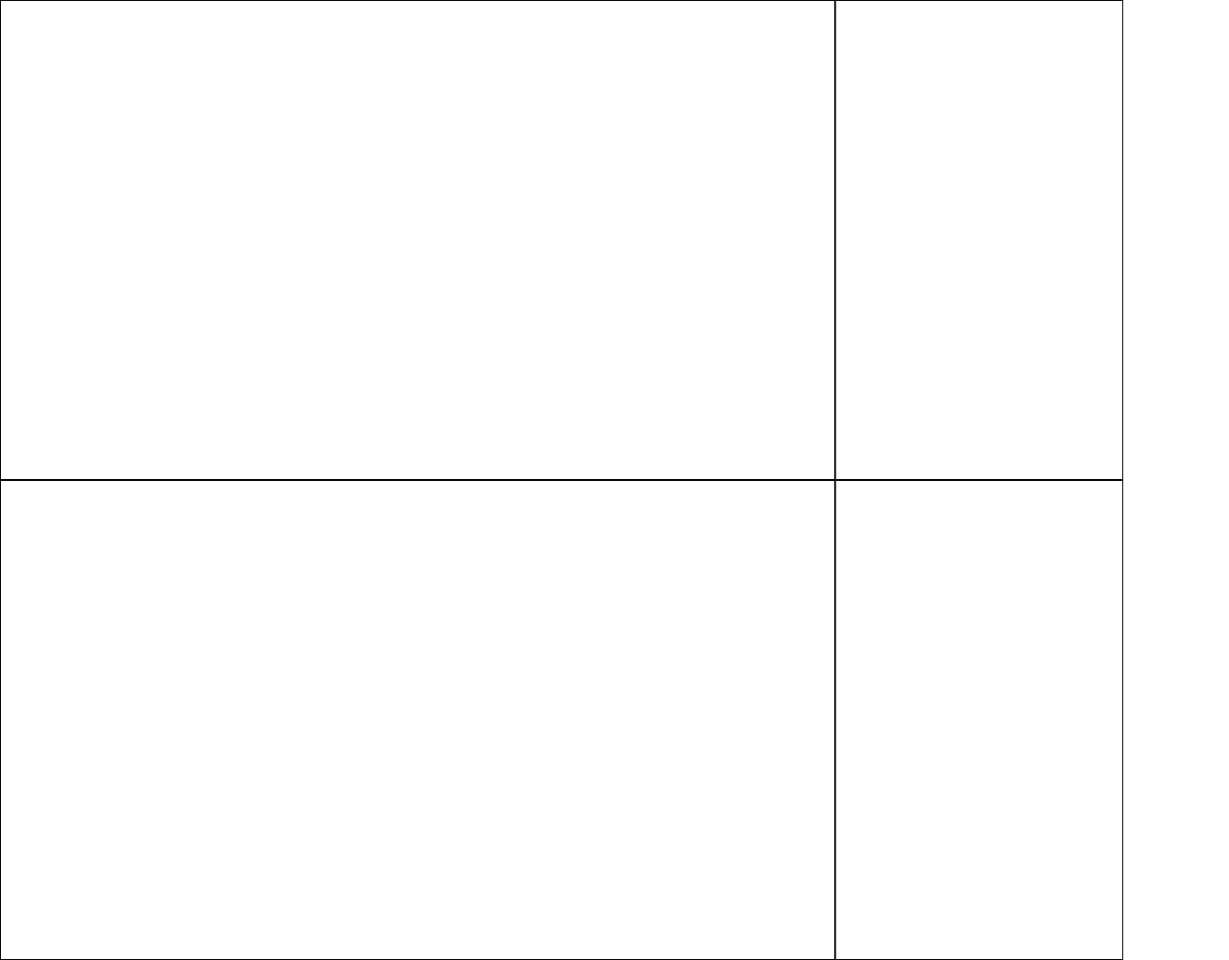
Repository: JavaJin96/kr.or.ddit.HighJava
Page: http://localhost/TeamProjectDCUM/main/mainshow.jsp
These files come from the project's save history. The page is drawn as it stood at one moment and after the next save; the edit follows.
The browser window is 1280 px wide. The pictures show the whole page, at 96% of full size.
The page is served by Tomcat 9.

Above is the page before, as saved 2022-02-15 12:34:26.

After the next save:
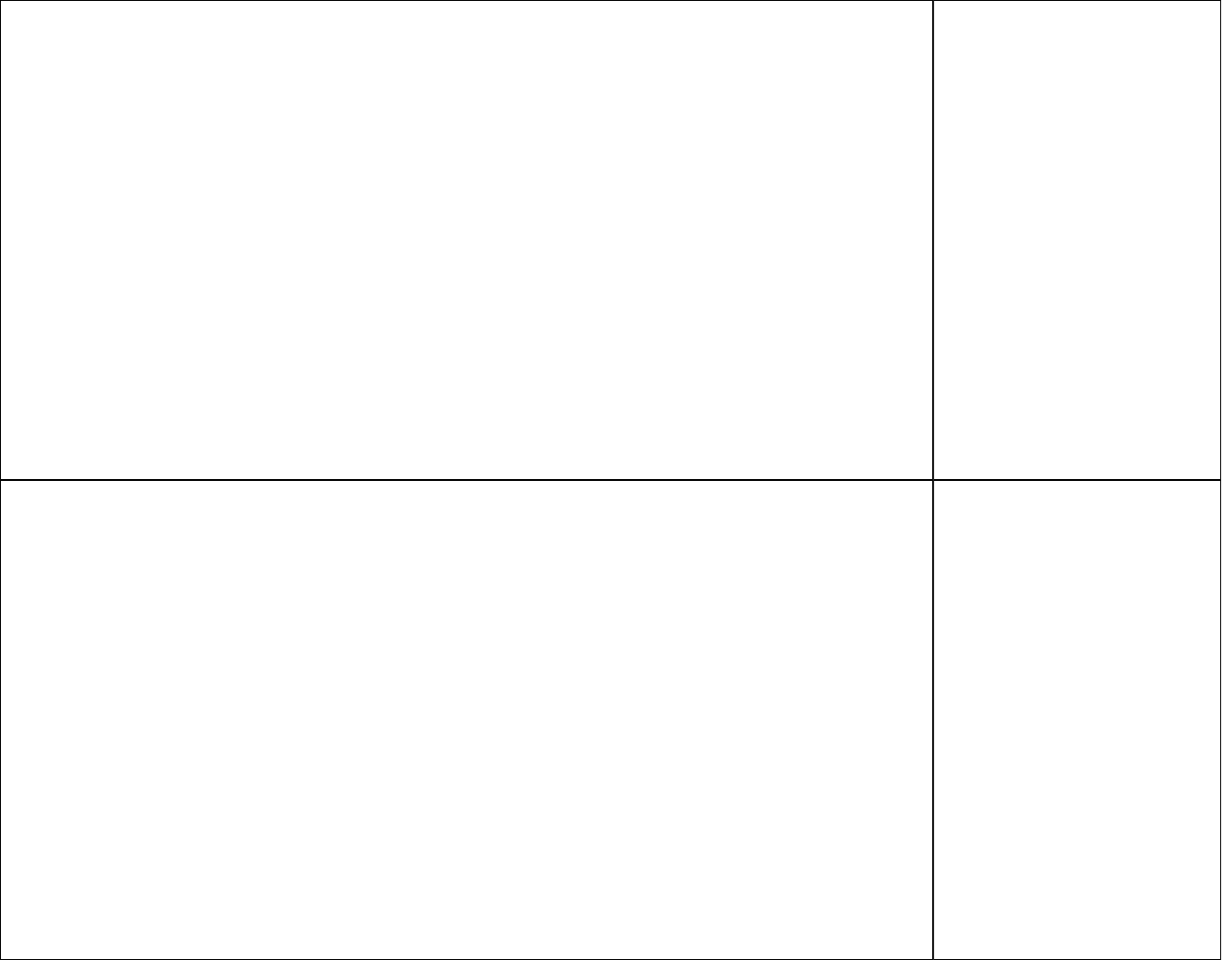
Saved 5 s later.
--- a/3.Highjava/workspace/TeamProjectDCUM/WebContent/main/mainshow.jsp
+++ b/3.Highjava/workspace/TeamProjectDCUM/WebContent/main/mainshow.jsp
@@ -20,7 +20,7 @@
 	#d1, #d3{
 		display : inline-block;
 		float : left;
-		width : calc(90.6% - 290px);
+		width : calc(98.6% - 290px);
 		height : 500px;
 	}
 	#d2, #d4{
